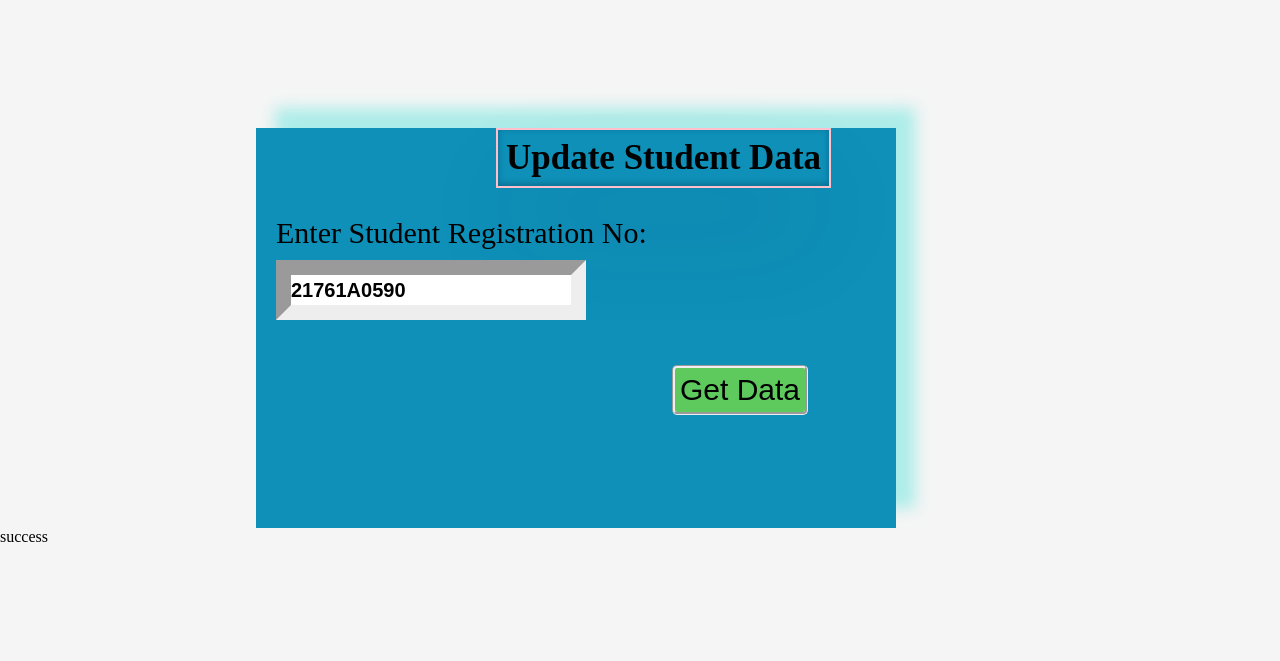
Repository: ganeshjaggineni/college-management-system
Page: http://localhost/chaduvuko/UpdateStudentData.jsp
These files come from the project's save history. The page is drawn as it stood at one moment and after the next save; the edit follows.
The browser window is 1280 px wide. The pictures show the whole page.
The page is served by Tomcat 10. Queries for data that is not in the repository find no rows.

Above is the page before, as saved 2023-05-23 09:28:30.

After the next save:
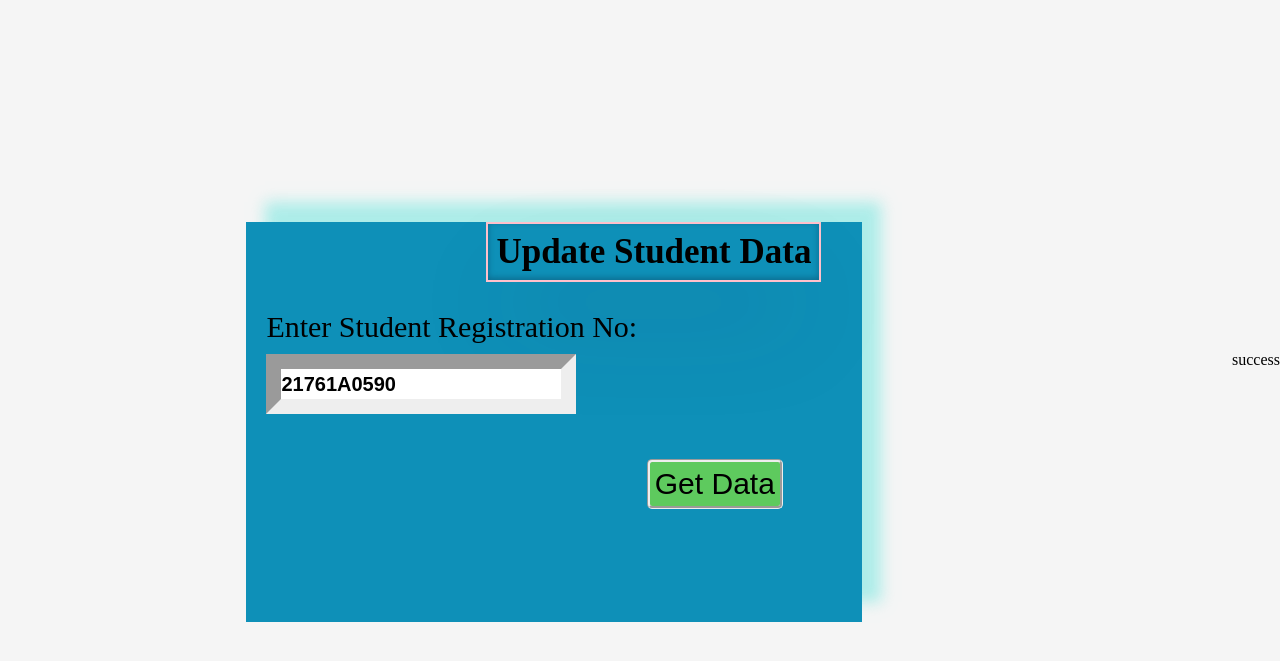
Saved 41 s later.
--- a/college/eeeeeee/chaduvuko/src/main/webapp/UpdateStudentData.jsp
+++ b/college/eeeeeee/chaduvuko/src/main/webapp/UpdateStudentData.jsp
@@ -1,5 +1,6 @@
 <%@ page language="java" contentType="text/html; charset=ISO-8859-1"
     pageEncoding="ISO-8859-1"%>
+
 <%@ page import="java.sql.*" %>
 <%@ page import="java.io.*" %>
 <%!
@@ -13,6 +14,7 @@
 <head>
 <title>Studenet Data Updation</title>
 <link rel="stylesheet" href="updatestudatastyle.css">
+<link rel="stylesheet" href="updatestudbstyle.css">
 
 </head>
 <body>

After the save that followed:
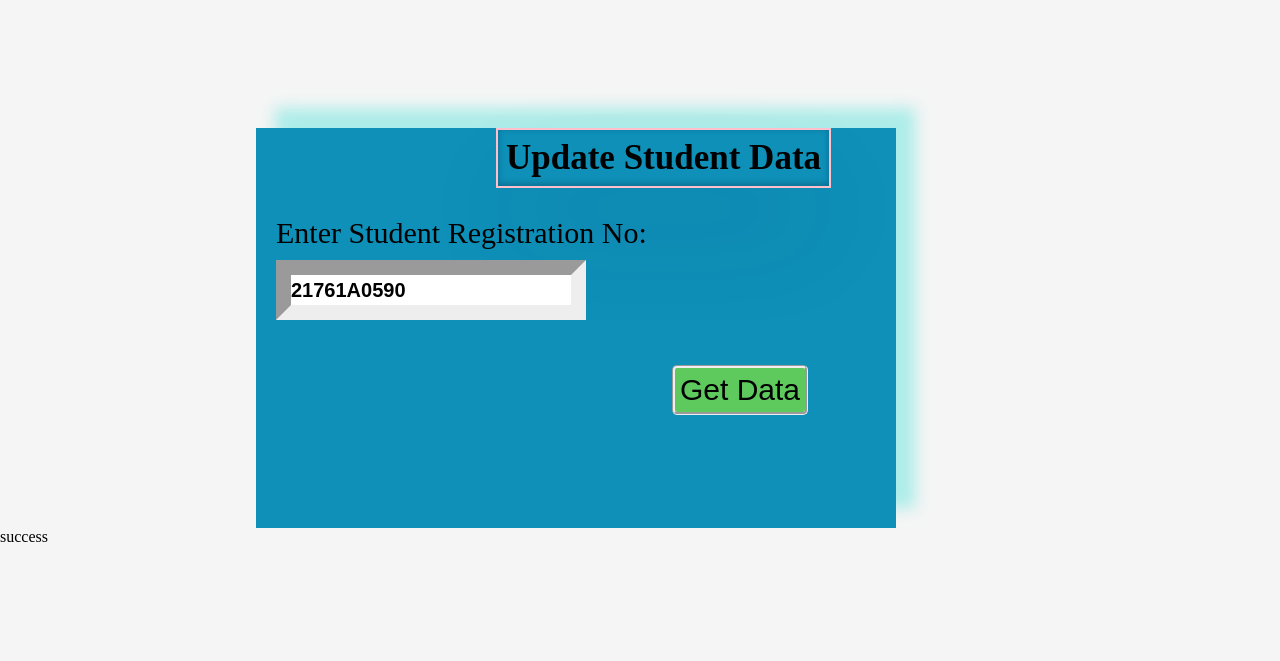
Saved 52 s later.
--- a/college/eeeeeee/chaduvuko/src/main/webapp/updatestudbstyle.css
+++ b/college/eeeeeee/chaduvuko/src/main/webapp/updatestudbstyle.css
@@ -4,13 +4,7 @@
     box-sizing: border-box;
     outline: none;
 }
-body{
-    display:flex;
-    justify-content: center;
-    align-items: center;
-    min-height: 100vh;
-    margin:0;
-}
+
 .formbox{
 	padding-top:40px;
 
